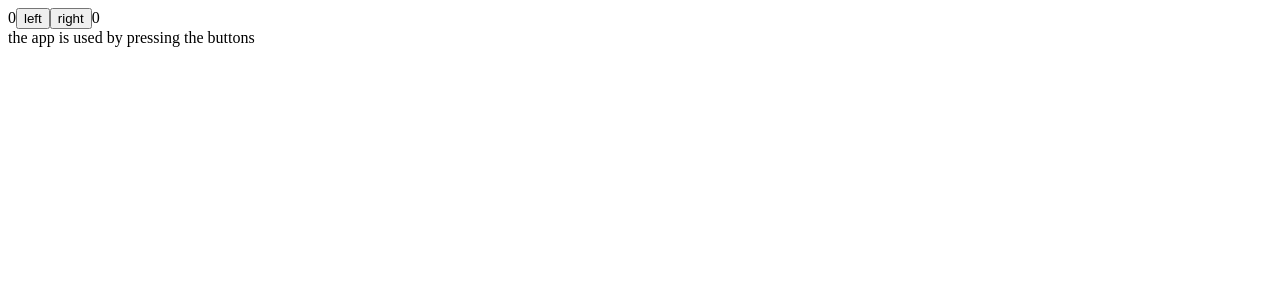
Repository: mariocapitbrok/helsinki-fullstack
Page: / (app in part1/)
An editor plug-in stored every save of this project. The page is shown before and after the next save, followed by the edit.
The browser window is 1280 px wide. The pictures show the whole page.
The project was rebuilt for these pictures with package versions that can differ from the ones it lists, and the page was loaded fresh each time.

Above is the page before, as saved 2022-01-08 15:45:49.

### part1/src/App.js
import React, { useState } from 'react'

const History = (props) => {
  if (props.allClicks.length === 0) {
    return <div>the app is used by pressing the buttons</div>
  }
  return <div>button press history: {props.allClicks.join(' ')}</div>
}

const Button = (props) => {
  console.log('props: ', props)
  const { handleClick, text } = props
  return <button onClick={handleClick}>{text}</button>
}

const App = () => {
  const [left, setLeft] = useState(0)
  const [right, setRight] = useState(0)
  const [allClicks, setAll] = useState([])

  const handleLeftClick = () => {
    setAll(allClicks.concat('L'))
    setLeft(left + 1)
  }

  const handleRightClick = () => {
    setAll(allClicks.concat('R'))
    setRight(right + 1)
  }

  return (
    <div>
      {left}
      <Button handleClick={handleLeftClick} text="left" />
      <Button handleClick={handleRightClick} text="right" />
      {right}
      <History allClicks={allClicks} />
    </div>
  )
}

export default App

Loaded but not shown: part1/public/index.html (common file); part1/src/index.js (common file)

After the next save:
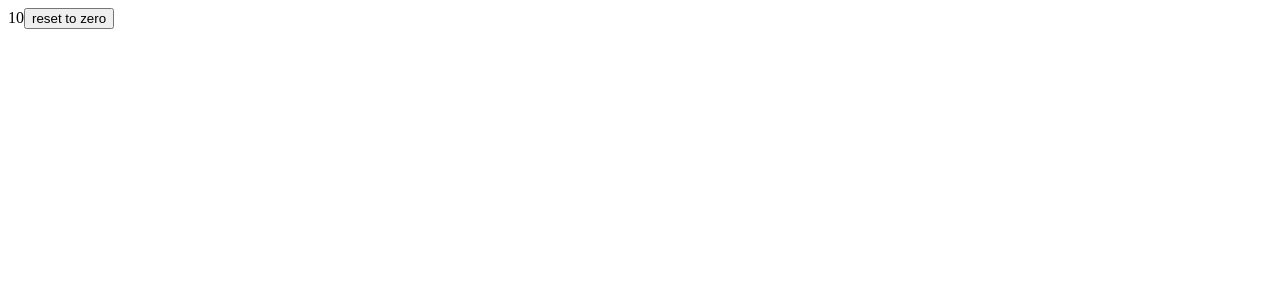
Saved 8 min 57 s later.
--- a/part1/src/App.js
+++ b/part1/src/App.js
@@ -1,40 +1,12 @@
 import React, { useState } from 'react'
 
-const History = (props) => {
-  if (props.allClicks.length === 0) {
-    return <div>the app is used by pressing the buttons</div>
-  }
-  return <div>button press history: {props.allClicks.join(' ')}</div>
-}
-
-const Button = (props) => {
-  console.log('props: ', props)
-  const { handleClick, text } = props
-  return <button onClick={handleClick}>{text}</button>
-}
-
 const App = () => {
-  const [left, setLeft] = useState(0)
-  const [right, setRight] = useState(0)
-  const [allClicks, setAll] = useState([])
-
-  const handleLeftClick = () => {
-    setAll(allClicks.concat('L'))
-    setLeft(left + 1)
-  }
-
-  const handleRightClick = () => {
-    setAll(allClicks.concat('R'))
-    setRight(right + 1)
-  }
+  const [value, setValue] = useState(10)
 
   return (
     <div>
-      {left}
-      <Button handleClick={handleLeftClick} text="left" />
-      <Button handleClick={handleRightClick} text="right" />
-      {right}
-      <History allClicks={allClicks} />
+      {value}
+      <button>reset to zero</button>
     </div>
   )
 }
